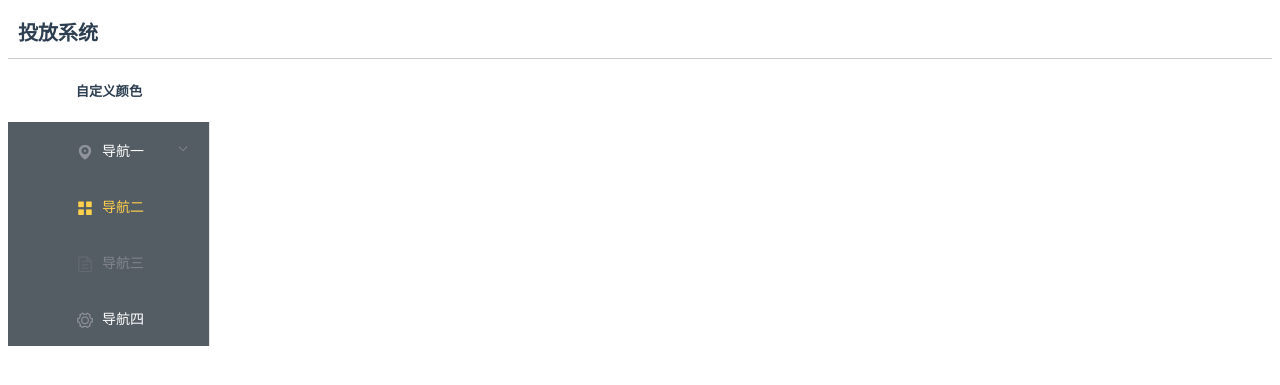
Repository: li1195382526/buy
Page: /
An editor plug-in stored every save of this project. The page is shown before and after the next save, followed by the edit.
The browser window is 1280 px wide. The pictures show the whole page.
The project was rebuilt for these pictures with package versions that can differ from the ones it lists, and the page was loaded fresh each time. Also part of the build but not shown: src/components/HelloWorld.vue.

Above is the page before, as saved 2021-06-04 17:01:09.

After the next save:
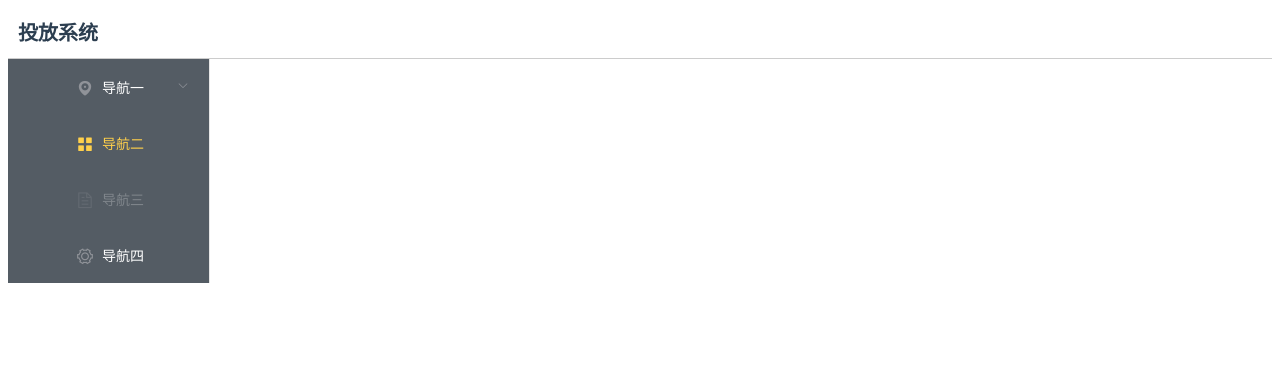
Saved 31 s later.
--- a/src/page/meun/index.vue
+++ b/src/page/meun/index.vue
@@ -2,7 +2,6 @@
 <div class="meun">
     <el-row class="tac">
   <el-col :span="12">
-    <h5>自定义颜色</h5>
     <el-menu
       default-active="2"
       class="el-menu-vertical-demo"
